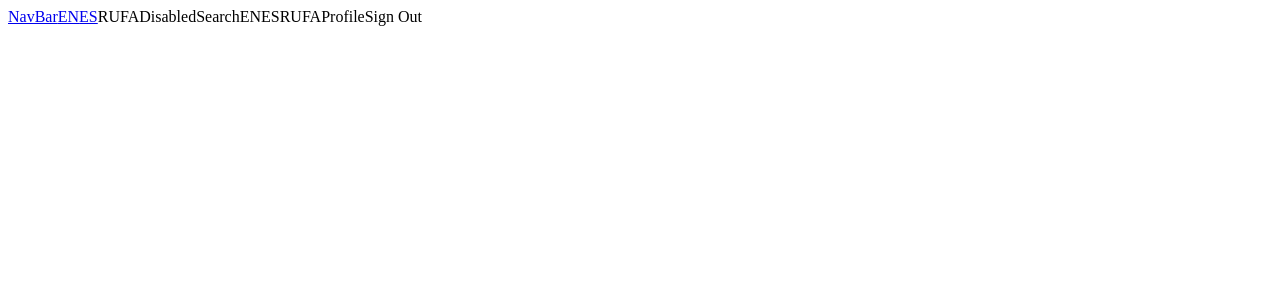
Repository: AHSANS354/ecommerce-catalog
Page: /
The author's editor kept a copy of each file at every save. The page is drawn from the files as they stood at one save, then again after the next save.
The browser window is 1280 px wide. The pictures show the whole page.
The project was rebuilt for these pictures with package versions that can differ from the ones it lists, and the page was loaded fresh each time. Also part of the build but not shown: vue.config.js.

Above is the page before, as saved 2023-03-01 15:24:08.

After the next save:
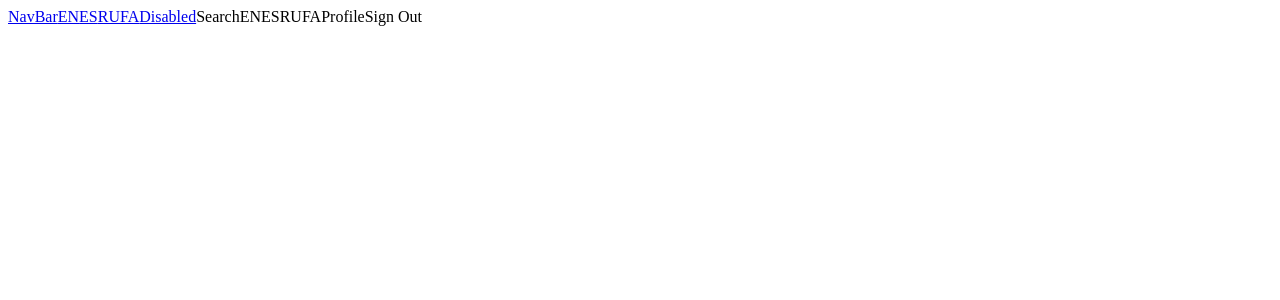
Saved 91 s later.
--- a/src/components/NavbarView.vue
+++ b/src/components/NavbarView.vue
@@ -10,10 +10,10 @@
           <b-nav-item-dropdown text="List Product" right>
             <router-link class="dropdown-item" to="/">EN</router-link>
             <router-link class="dropdown-item" to="/">ES</router-link>
-            <b-dropdown-item href="#">RU</b-dropdown-item>
-            <b-dropdown-item href="#">FA</b-dropdown-item>
+            <router-link class="dropdown-item" to="/">RU</router-link>
+            <router-link class="dropdown-item" to="/">FA</router-link>
           </b-nav-item-dropdown>
-          <b-nav-item href="#" disabled>Disabled</b-nav-item>
+          <router-link class="nav-item" to="/">Disabled</router-link>
         </b-navbar-nav>
 
         <!-- Right aligned nav items -->
